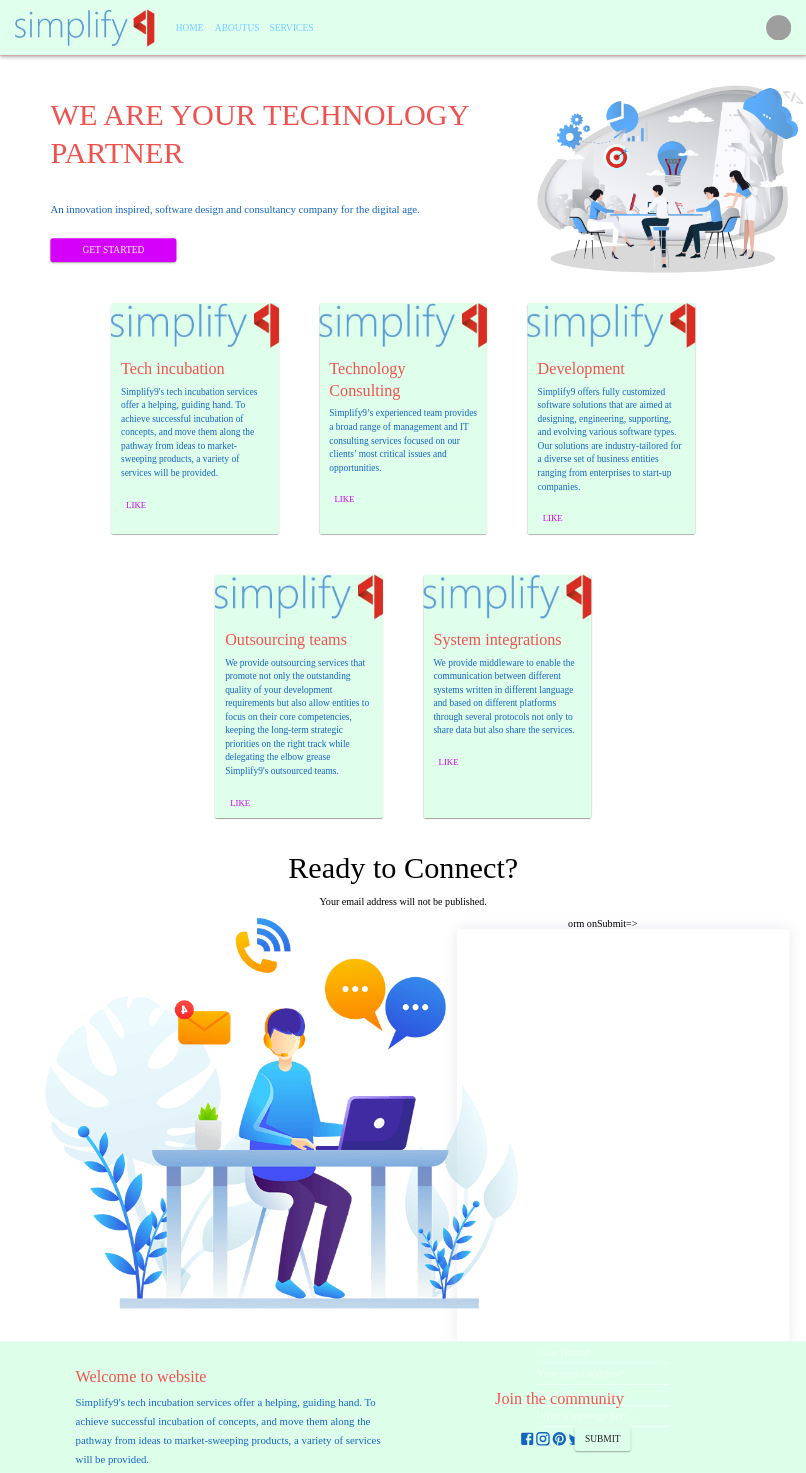
Repository: fawzi-shiyyab19/simplify
Page: /
These files come from the project's save history. The page is drawn as it stood at one moment and after the next save; the edit follows.
The browser window is 1280 px wide. The pictures show the whole page, at 63% of full size.
Pictures or frames that could not be fetched are drawn as grey boxes. The project was rebuilt for these pictures with package versions that can differ from the ones it lists, and the page was loaded fresh each time.

Above is the page before, as saved 2023-01-18 15:21:30.

After the next save:
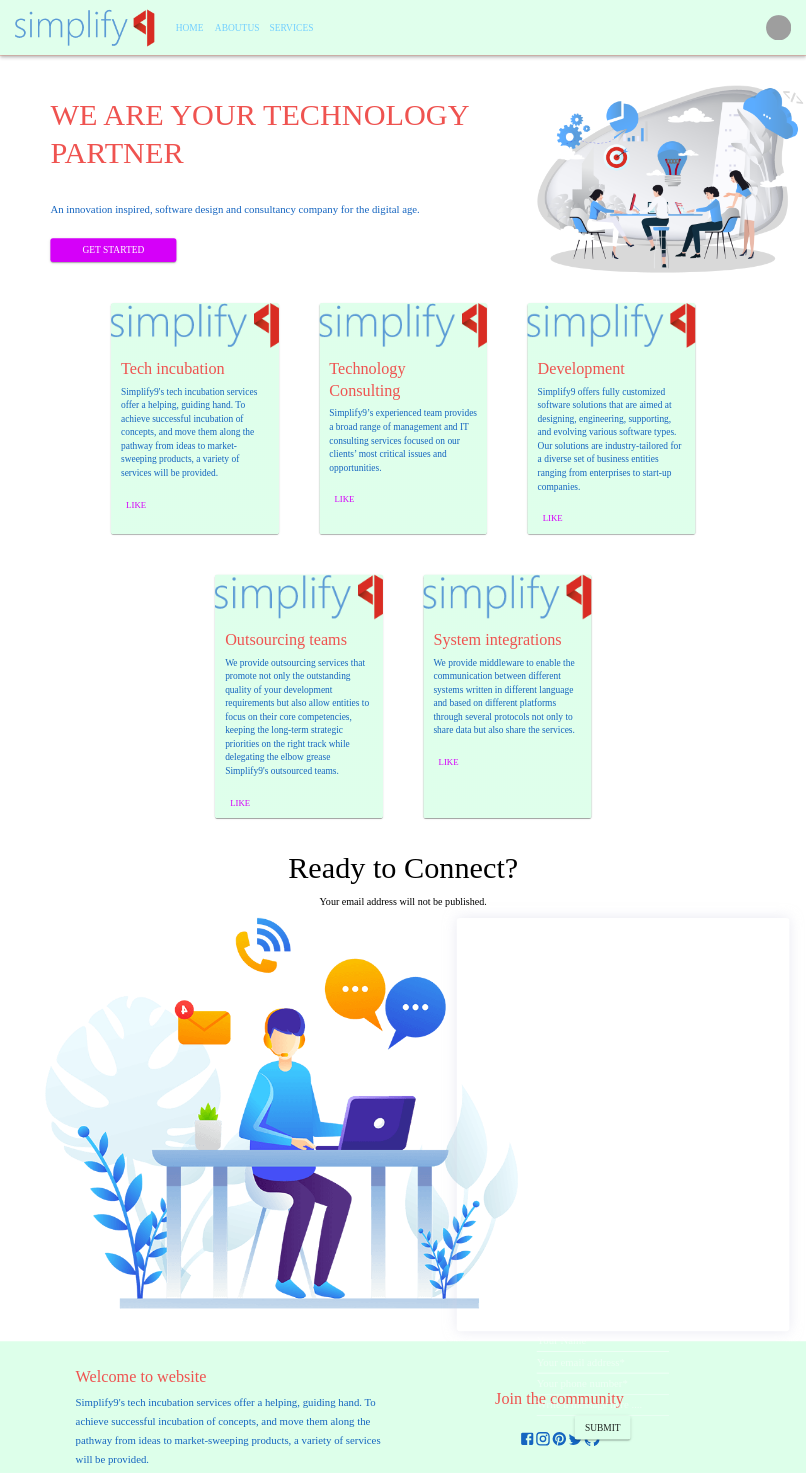
Saved 9 s later.
--- a/src/components/main/about/about.js
+++ b/src/components/main/about/about.js
@@ -60,7 +60,6 @@ function AboutProject() {
           <img src={Acontact} showLoading={true} />
         </Grid>
         <Grid item xs={5}>
-        orm onSubmit={formik.handleSubmit}>
           <Box
 
             width="100%"
